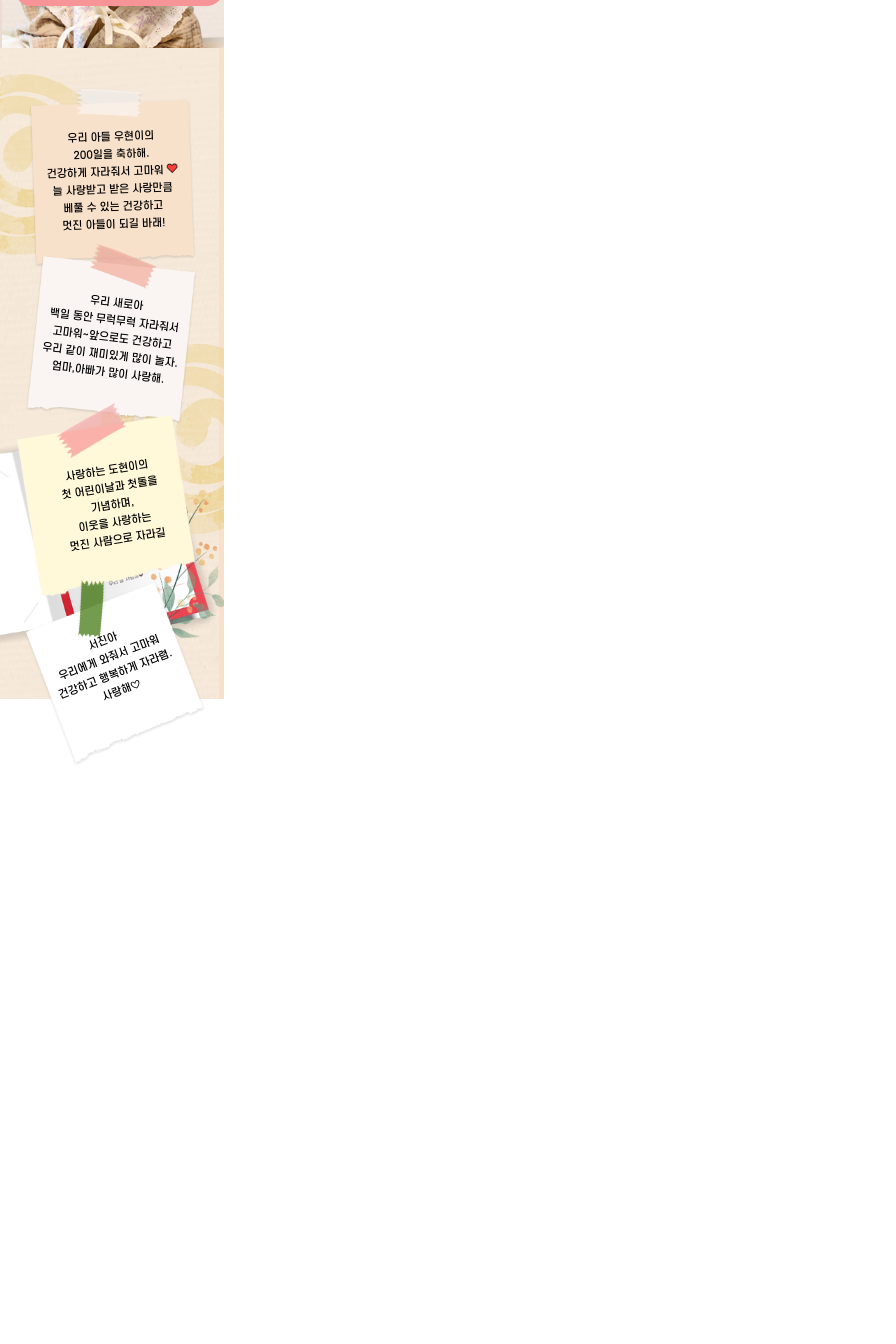
Repository: dlgywls1130/save_the_m320
Page: index.html
An editor plug-in stored every save of this project. The page is shown before and after the next save, followed by the edit.
The browser window is 1280 px wide. The pictures show the part of the page from y = 931 to 2851 px (the page is 10040 px tall), at 70% of full size.

Above is the page before, as saved 2023-12-21 01:15:48.

After the next save:
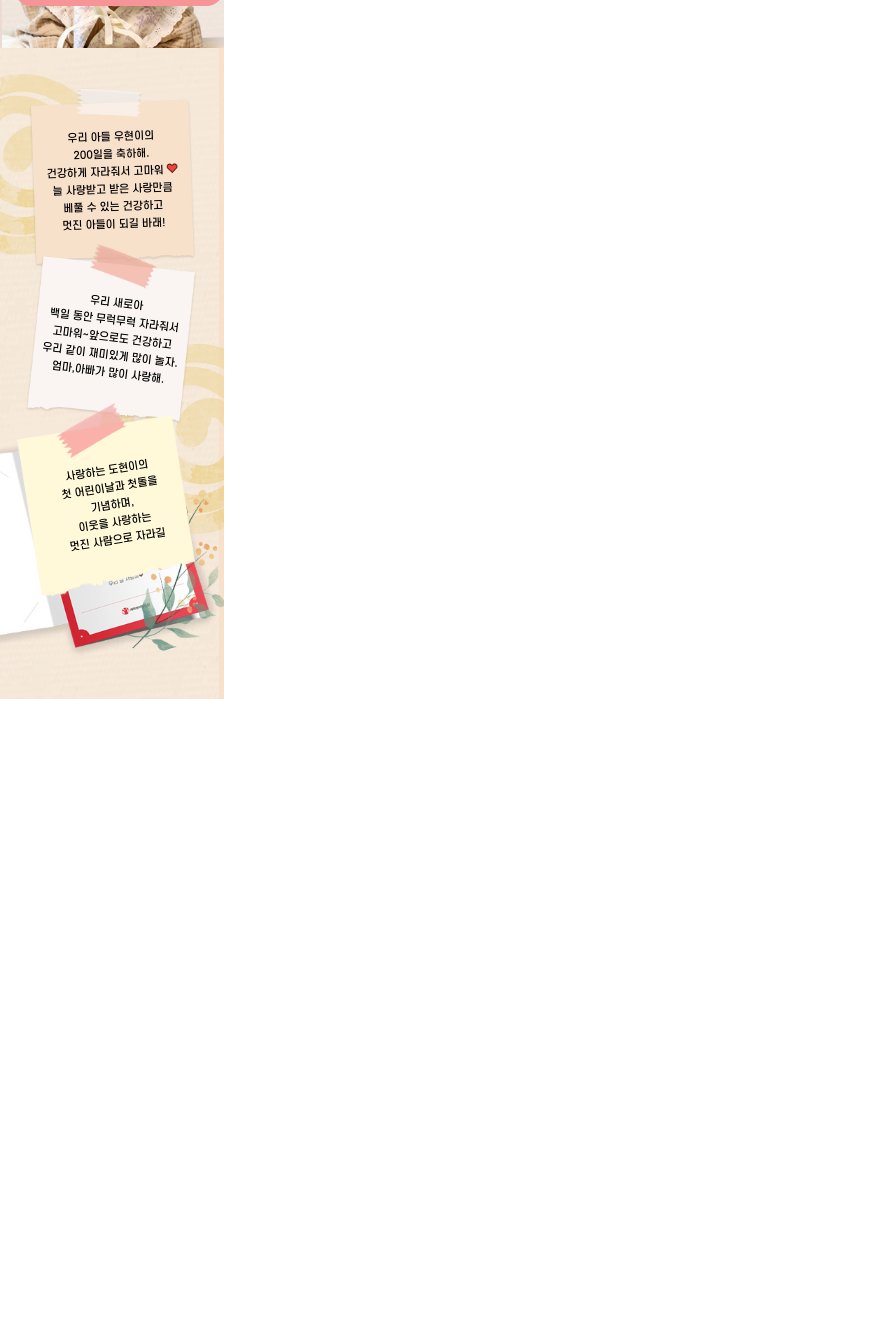
Saved 9 s later.
--- a/index.html
+++ b/index.html
@@ -77,12 +77,12 @@
                         봄이길 바랄게!   </p>
                     </div> -->
 
-                    <div class="postit postit03">
+                    <!-- <div class="postit postit03">
                         <p>서진아<br>
                         우리에게 와줘서 고마워<br>
                         건강하고 행복하게 자라렴.<br>
                         사랑해♡      </p>
-                    </div>
+                    </div> -->
 
                 </div>
 
